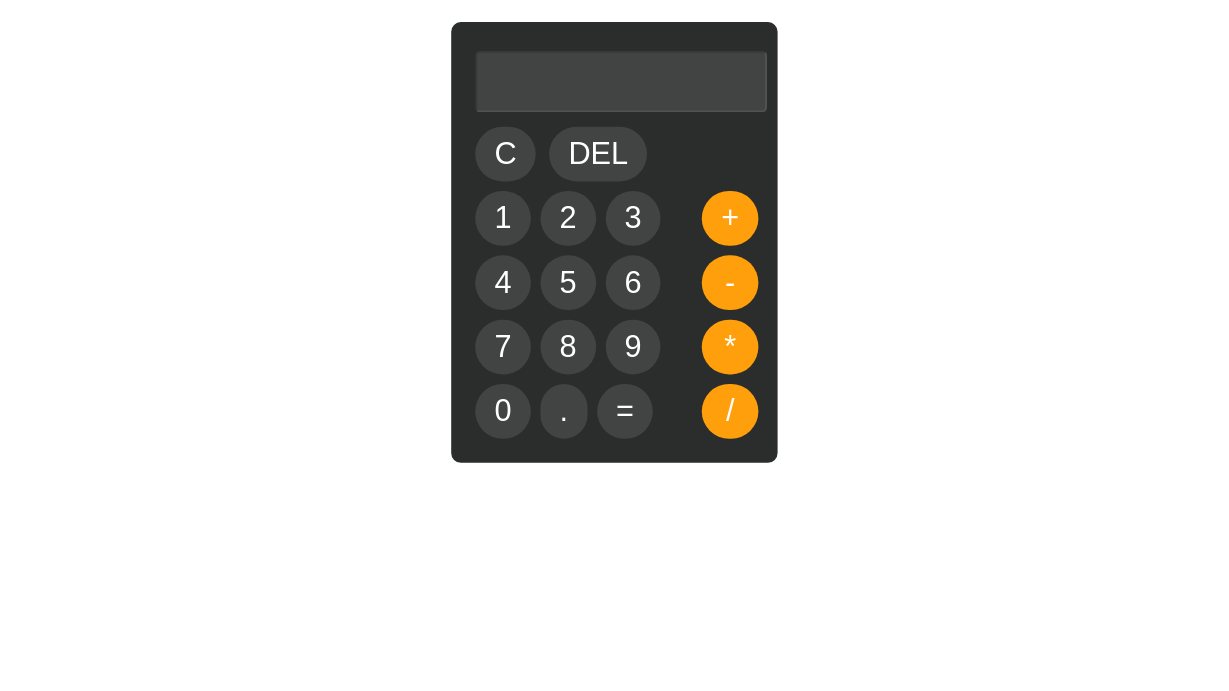
Repository: jaskeat/Calculator
Page: index.html
An editor plug-in stored every save of this project. The page is shown before and after the next save, followed by the edit.
The browser window is 1280 px wide. The pictures show the whole page, at 96% of full size.

Above is the page before, as saved 2024-09-14 14:43:42.

### index.html
<!DOCTYPE html>
<html lang="en">
	<head>
		<meta charset="UTF-8" />
		<meta name="viewport" content="width=device-width, initial-scale=1.0" />
		<title>Calculator</title>
		<link rel="stylesheet" href="style.css" />
	</head>
	<body>
		<div class="calculator">
			<div class="display">
				<input type="text" class="display-input" value="" disabled />
			</div>

			<div class="extrabtn">
				<button class="btn" onclick="clearDisplay()">C</button>
				<button class="btn" onclick="deleteLast()">DEL</button>
			</div>

			<div class="buttons">
				<div class="operators">
					<button class="btn obtn" onclick="operator('+',this)">+</button>
					<button class="btn obtn" onclick="operator('-',this)">-</button>
					<button class="btn obtn" onclick="operator('*',this)">*</button>
					<button class="btn obtn" onclick="operator('/',this)">/</button>
				</div>

				<div class="numbers">
					<button class="btn nbtn" onclick="append('1')">1</button>
					<button class="btn nbtn" onclick="append('2')">2</button>
					<button class="btn nbtn" onclick="append('3')">3</button>
					<button class="btn nbtn" onclick="append('4')">4</button>
					<button class="btn nbtn" onclick="append('5')">5</button>
					<button class="btn nbtn" onclick="append('6')">6</button>
					<button class="btn nbtn" onclick="append('7')">7</button>
					<button class="btn nbtn" onclick="append('8')">8</button>
					<button class="btn nbtn" onclick="append('9')">9</button>
					<button class="btn nbtn" onclick="append('0')">0</button>
					<button class="btn nbtn" onclick="append('.')">.</button>
					<button class="btn" onclick="calculate()">=</button>
				</div>
				</div>
			</div>
		</div>
		<script src="script.js"></script>
	</body>
</html>

### style.css
:root {
	--primary-color: #2b2c2c;
	--button-color: #424343;
	--operator-color: #ff9f0b;
}

body {
	display: flex;
	justify-content: center;
	align-items: center;
}

.calculator {
	width: 300px;
	max-width: 600px;
	height: auto;
	margin: 15px;
	padding: 20px;
	background-color: var(--primary-color);
	border-radius: 10px;
}

button {
	border-radius: 30px;
	font-size: 1.3rem;
	background-color: var(--button-color);
	color: white;
	border: none;
}

button:hover {
	background-color: lightgrey;
	cursor: pointer;
}

input {
	width: 280px;
	height: 50px;
	font-size: 2rem;
	text-align: right;
	border-radius: 5px;
	margin: 10px 5px;
	background-color: var(--button-color);
	padding: 5px 10px;
	color: white;
}

.operators {
	display: flex;
	flex-direction: column;
	width: auto;
}

.operators button {
	width: auto;
	height: auto;
	margin: 5px 0;
	background-color: var(--operator-color);
}

.numbers {
	display: flex;
	flex-wrap: wrap;
	height: auto;
	width: 250px;
}

.buttons {
	display: flex;
	flex-direction: row-reverse;
	justify-content: space-between;
	font-size: 2rem;
}

.btn {
	font-size: 2rem;
	padding: 10px 20px;
	margin: 5px;
}

.btn.highlighted {
	background-color: #0080ff; /* Replace with your highlight color */
}

### script.js
let num1;
let symbol;

function append(number) {
	const display = document.getElementsByClassName("display-input");

	if (display[0].value.includes(".") && number === ".") {
		return;
	} else if (display[0].value.length <= 10) {
		display[0].value = display[0].value + number;
	}
}

function operator(n, buttonElement) {
	const display = document.getElementsByClassName("display-input");

	num1 = document.getElementsByClassName("display-input");
	num1 = num1[0].value;

	symbol = n;

	num1.value = "";

	display[0].value = "";

	const operatorButtons = document.getElementsByClassName("obtn");
	for (let i = 0; i < operatorButtons.length; i++) {
		operatorButtons[i].classList.remove("highlighted");
	}

	// Add the highlighted class to the clicked button
	buttonElement.classList.add("highlighted");

	return num1, symbol;
}

function calculate() {
	const operatorButtons = document.getElementsByClassName("obtn");
	for (let i = 0; i < operatorButtons.length; i++) {
		operatorButtons[i].classList.remove("highlighted");
	}

	const display = document.getElementsByClassName("display-input");
	num2 = document.getElementsByClassName("display-input");
	num2 = num2[0].value;

	let result;

	switch (symbol) {
		case "+":
			result = parseInt(num1) + parseInt(num2);
			display[0].value = result;
			break;
		case "-":
			result = parseFloat(num1) - parseFloat(num2);
			display[0].value = result;
			break;
		case "*":
			result = parseFloat(num1) * parseFloat(num2);
			display[0].value = result;
			break;
		case "/":
			result = parseFloat(num1) / parseFloat(num2);
			display[0].value = result;
			break;
		default:
			return;
	}
}

function clearDisplay() {
	const display = document.getElementsByClassName("display-input");
	display[0].value = "";
}

After the next save:
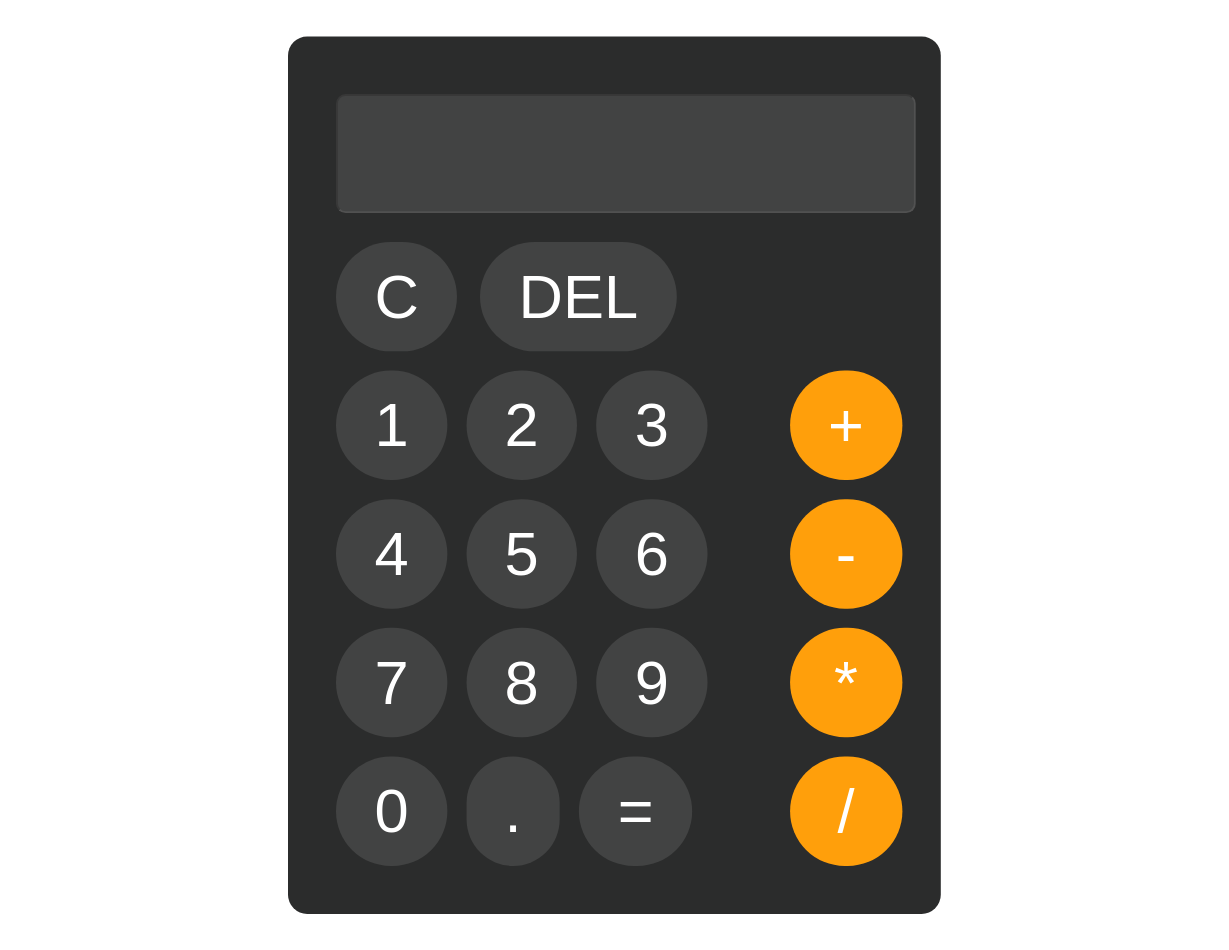
Saved 47 s later.
--- a/style.css
+++ b/style.css
@@ -11,18 +11,18 @@ body {
 }
 
 .calculator {
-	width: 300px;
-	max-width: 600px;
+	width: 600px;
+	max-width: 1200px;
 	height: auto;
-	margin: 15px;
-	padding: 20px;
+	margin: 30px;
+	padding: 40px;
 	background-color: var(--primary-color);
-	border-radius: 10px;
+	border-radius: 20px;
 }
 
 button {
-	border-radius: 30px;
-	font-size: 1.3rem;
+	border-radius: 60px;
+	font-size: 2.6rem;
 	background-color: var(--button-color);
 	color: white;
 	border: none;
@@ -34,14 +34,14 @@ button:hover {
 }
 
 input {
-	width: 280px;
-	height: 50px;
-	font-size: 2rem;
+	width: 560px;
+	height: 100px;
+	font-size: 4rem;
 	text-align: right;
-	border-radius: 5px;
-	margin: 10px 5px;
+	border-radius: 10px;
+	margin: 20px 10px;
 	background-color: var(--button-color);
-	padding: 5px 10px;
+	padding: 10px 20px;
 	color: white;
 }
 
@@ -54,7 +54,7 @@ input {
 .operators button {
 	width: auto;
 	height: auto;
-	margin: 5px 0;
+	margin: 10px 0;
 	background-color: var(--operator-color);
 }
 
@@ -62,20 +62,20 @@ input {
 	display: flex;
 	flex-wrap: wrap;
 	height: auto;
-	width: 250px;
+	width: 500px;
 }
 
 .buttons {
 	display: flex;
 	flex-direction: row-reverse;
 	justify-content: space-between;
-	font-size: 2rem;
+	font-size: 4rem;
 }
 
 .btn {
-	font-size: 2rem;
-	padding: 10px 20px;
-	margin: 5px;
+	font-size: 4rem;
+	padding: 20px 40px;
+	margin: 10px;
 }
 
 .btn.highlighted {
